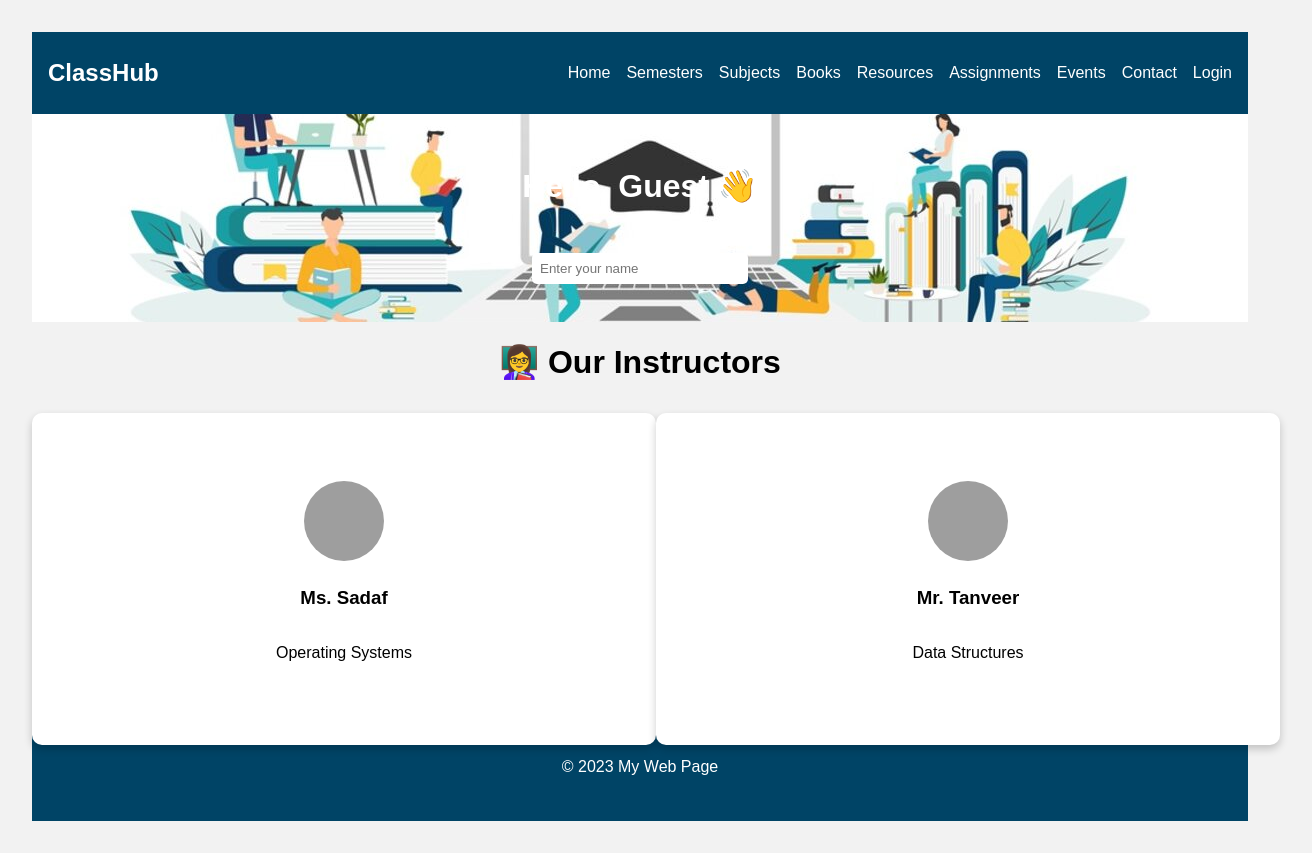
Repository: MariamSawera/eduNova
Page: subjects.html
The author's editor kept a copy of each file at every save. The page is drawn from the files as they stood at one save, then again after the next save.
The browser window is 1280 px wide. The page is 1280 px wide, then 1312 px, so the pictures cover 1312 px, including what lies to the right of the window. The pictures show the whole page.
Pictures or frames that could not be fetched are drawn as grey boxes.

Above is the page before, as saved 2025-07-23 19:16:47.

### subjects.html
<!DOCTYPE html>
<html lang="en">
<head>
  <meta charset="UTF-8">
  <title>Instructors</title>
    <meta name="viewport" content="width=device-width, initial-scale=1.0">
    <link rel="stylesheet" href="styles.css">
    <script src="script.js"></script>
  <style>
    body {
      font-family: Arial, sans-serif;
      background: #f2f2f2;
      padding: 2rem;
    }

    h1 {
      text-align: center;
      margin-bottom: 2rem;
    }

    .card-container {
      display: grid;
      grid-template-columns: repeat(auto-fit, minmax(220px, 1fr));
      gap: 2rem;
    }

    .flip-card {
      background-color: transparent;
      width: 100%;
      height: 300px;
      perspective: 1000px;
    }

    .flip-card-inner {
      position: relative;
      width: 100%;
      height: 100%;
      text-align: center;
      transition: transform 0.6s;
      transform-style: preserve-3d;
    }

    .flip-card:hover .flip-card-inner {
      transform: rotateY(180deg);
    }

    .flip-card-front, .flip-card-back {
      position: absolute;
      width: 100%;
      height: 100%;
      border-radius: 10px;
      box-shadow: 0 4px 8px rgba(0,0,0,0.2);
      backface-visibility: hidden;
    }

    .flip-card-front {
      background-color: white;
      color: black;
      display: flex;
      flex-direction: column;
      justify-content: center;
      align-items: center;
      padding: 1rem;
    }

    .flip-card-front img {
      width: 80px;
      height: 80px;
      border-radius: 50%;
      margin-bottom: 0.5rem;
    }

    .flip-card-back {
      background-color: #0077cc;
      color: white;
      transform: rotateY(180deg);
      padding: 1rem;
      display: flex;
      flex-direction: column;
      justify-content: center;
      align-items: center;
    }

    .flip-card-back a {
      color: #fff;
      text-decoration: underline;
      margin-top: 0.5rem;
    }
  </style>
</head>
<body>

      <nav>
    <div class="logo">ClassHub</div>
    <ul>
      <li><a href="index.html">Home</a></li>
      <li><a href="#semester">Semesters</a></li>
      <li><a href="subjects.html">Subjects</a></li>
      <li><a href="books.html">Books</a></li>
      <li><a href="resources.html">Resources</a></li>
      <li><a href="assignments.html">Assignments</a></li>
      <li><a href="events.html">Events</a></li>
      <li><a href="contact.html">Contact</a></li>
      <!-- <li><a href="#">Announcements</a></li> -->
      <li><a href="login.html">Login</a></li>
    </ul>
  </nav>

  <!-- Hero Section -->
  <div class="hero">
    <h1 id="welcome">Hello, Guest 👋</h1>
    <input type="text" id="nameInput" placeholder="Enter your name" oninput="updateName()" />
  </div>


  <h1>👩‍🏫 Our Instructors</h1>

  <div class="card-container">

    <div class="flip-card">
      <div class="flip-card-inner">
        <div class="flip-card-front">
          <img src="https://randomuser.me/api/portraits/women/44.jpg" alt="Instructor">
          <h3>Ms. Sadaf</h3>
          <p>Operating Systems</p>
        </div>
        <div class="flip-card-back">
          <p>🧠 Tech-savvy & passionate about OS design.</p>
          <p>📧 sadaf@example.com</p>
          <a href="#">📎 View Resources</a>
        </div>
      </div>
    </div>

    <div class="flip-card">
      <div class="flip-card-inner">
        <div class="flip-card-front">
          <img src="https://randomuser.me/api/portraits/men/46.jpg" alt="Instructor">
          <h3>Mr. Tanveer</h3>
          <p>Data Structures</p>
        </div>
        <div class="flip-card-back">
          <p>💡 Loves clean code & logical thinking.</p>
          <p>📧 tanveer@example.com</p>
          <a href="#">📝 Lecture Notes</a>
        </div>
      </div>
    </div>

    <!-- Add more cards like these -->

  </div>

      <footer class="footer">
        <p>&copy; 2023 My Web Page</p>
    </footer>


</body>
</html>

### styles.css
    html {
      scroll-behavior: smooth;
    }

    body {
      margin: 0;
      font-family: 'Segoe UI', sans-serif;
      background: #f2f2f2;
        /* background-color: #B3DDF0; */

    }

    nav {
      background-color: #004466;
      color: white;
      padding: 1rem;
      display: flex;
      justify-content: space-between;
      align-items: center;
    }

    nav .logo {
      font-size: 1.5rem;
      font-weight: bold;
    }

    a {
        text-decoration: none;
        color: inherit;
    }

    nav ul {
      list-style: none;
      display: flex;
      gap: 1rem;
    }

    nav ul li {
      display: inline;
    }

    nav ul li a {
      color: white;
      text-decoration: none;
    }


    .hero {
      /* background: linear-gradient(to right, #00aaff, #00ffcc); */
      background-image: url('./images/banner.jpg');
      background-position: center;
      color: white;
      padding: 2rem;
      text-align: center;
      height: 20vh;
    }


    .hero input {
      padding: 0.5rem;
      border: none;
      border-radius: 5px;
      margin-top: 1rem;
      width: 200px;
    }

    .dashboard {
      display: grid;
      grid-template-columns: 1fr 1fr 1fr;
      gap: 1rem;
      padding: 2rem;
    }

    .card {
      background: white;
      padding: 1rem;
      border-radius: 10px;
      box-shadow: 0 2px 5px rgba(0,0,0,0.1);
    }

    .quick-links {
      padding: 2rem;
      display: grid;
      grid-template-columns: repeat(3, minmax(150px, 1fr));
      gap: 1rem;
    }

    .link-card{
      display: flex;
      justify-content: center;
      align-items: center;
      font-size: 30px;
      color: white;


    }

    .quick-links .link-card {
      background: white;
      text-align: center;
      padding: 1rem;
      border-radius: 10px;
      box-shadow: 0 2px 5px rgba(0,0,0,0.1);
      height: 80px;
    }

    .footer{
      background-color: #004466;
      display: flex;
      justify-content: center;
      align-items: center;
      color: white;
      height: 15vh;
    }

    .heading{
      color: #333;
      margin-bottom: 1rem;
      text-align: center;
      font-size: 2rem;
    }

    /* books.html */
    .book-grid{
      display: flex ;
      justify-content: center;
      text-align: center;
      gap: 1rem;
      padding: 2rem;
      flex-wrap: wrap;

    }

    .book-card {
      background: white;
      width: 20%;
      padding: 1rem;
      border-radius: 8px;
      box-shadow: 0 2px 5px rgba(0,0,0,0.1);
      text-align: center;
    }

    .book-card img {
      max-width: 100%;
      height: 40vh;
      border-radius: 5px;
      object-fit: cover;

    }

    .book-info {
      padding: 1rem;
      text-align: center;
    }

    .book-info h3 {
      margin: 0.5rem 0;
      font-size: 1.1rem;
      color: #222;
    }

    .book-info p {
      font-size: 0.9rem;
      color: #555;
    }

    .book-info a {
      display: inline-block;
      margin-top: 0.7rem;
      padding: 0.5rem 1rem;
      background: #0077cc;
      color: white;
      text-decoration: none;
      border-radius: 5px;
    }

    .book-info a:hover {
      background: #005fa3;
    }

### script.js
function updateName() {
      const name = document.getElementById('nameInput').value;
      const welcome = document.getElementById('welcome');
      if(name.trim()) {
        welcome.textContent = `Hello, ${name}! 👋`;
      } else {
        welcome.textContent = `Hello, Guest 👋`;
      }
    }

After the next save:
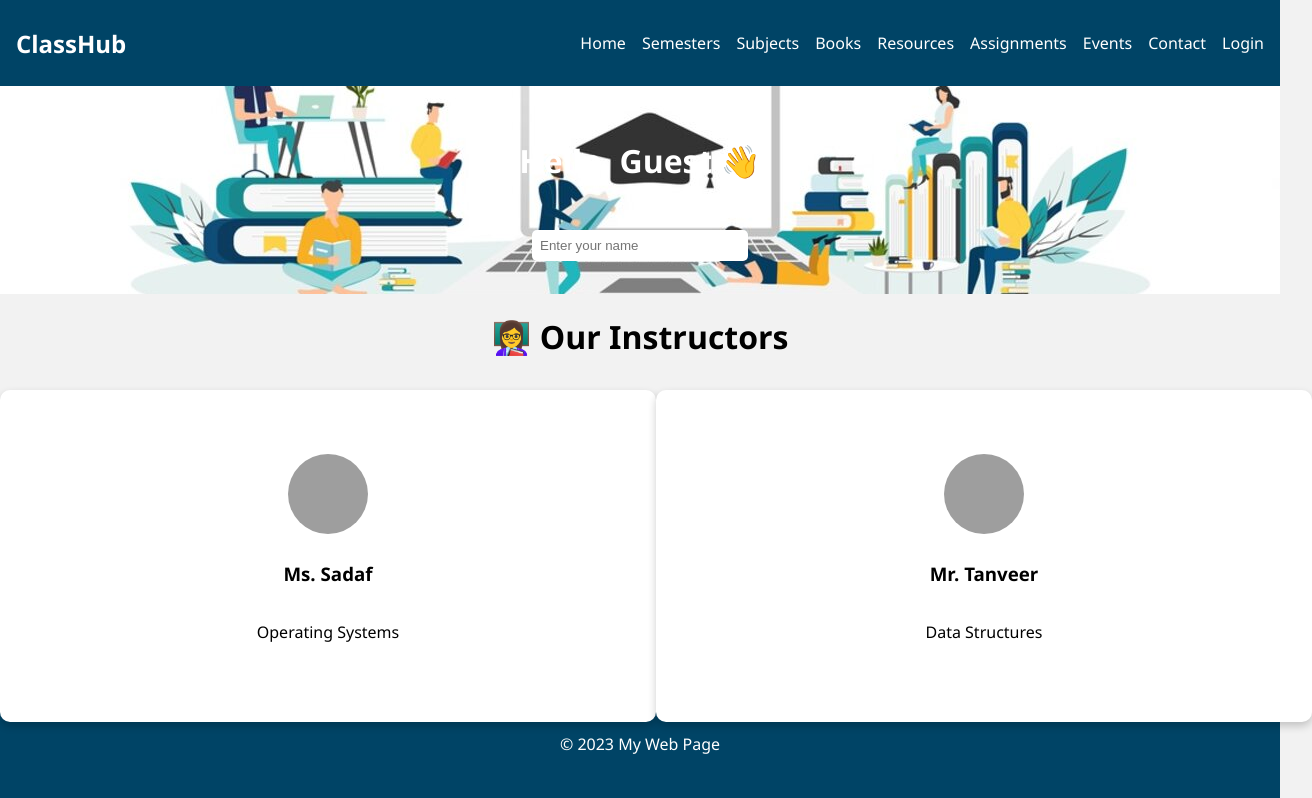
Saved 29 s later.
--- a/subjects.html
+++ b/subjects.html
@@ -7,11 +7,7 @@
     <link rel="stylesheet" href="styles.css">
     <script src="script.js"></script>
   <style>
-    body {
-      font-family: Arial, sans-serif;
-      background: #f2f2f2;
-      padding: 2rem;
-    }
+
 
     h1 {
       text-align: center;
